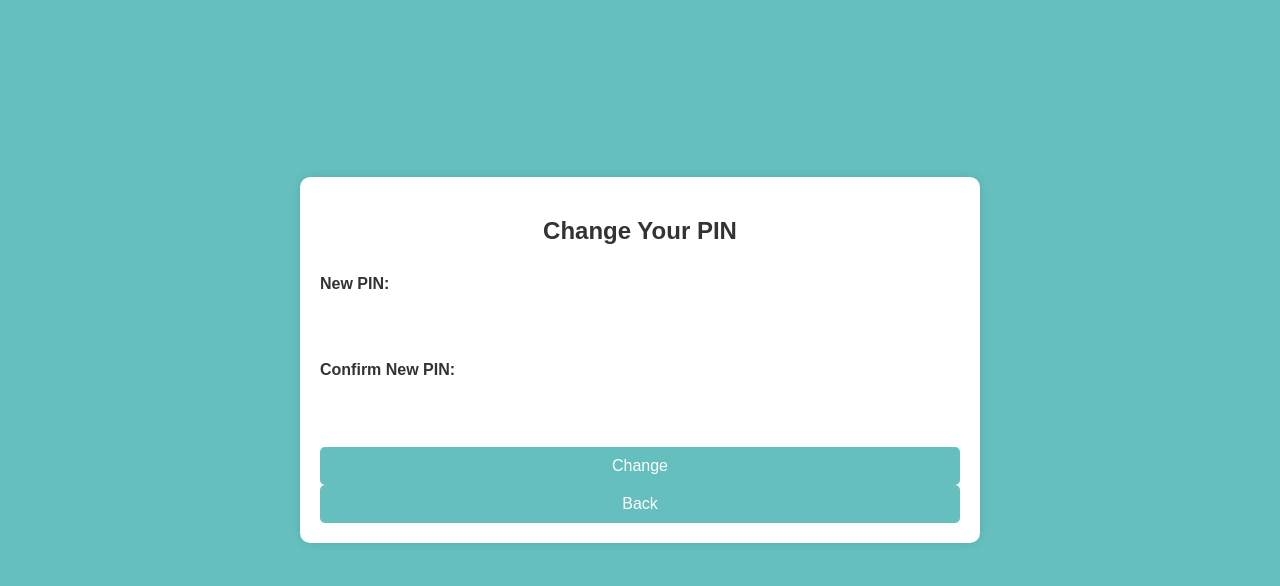
Repository: gauravraj08/bankingSystemJspServlet
Page: http://localhost/BankMangementSystem/pin.jsp
An editor plug-in stored every save of this project. The page is shown before and after the next save, followed by the edit.
The browser window is 1280 px wide. The pictures show the whole page.
The page is served by Tomcat 9. Other server files are loaded and not shown.

Above is the page before, as saved 2024-04-19 06:29:45.

### BankMangementSystem/src/main/webapp/pin.jsp
<%@ page language="java" contentType="text/html; charset=UTF-8" pageEncoding="UTF-8"%>
<!DOCTYPE html>
<html lang="en">
<head>
    <meta charset="UTF-8">
    <meta name="viewport" content="width=device-width, initial-scale=1.0">
    <title>Change PIN - Bank Management System</title>
    <style>
        body {
            background-color: #65BFBF;
            font-family: Arial, sans-serif;
            display: flex;
            justify-content: center;
            align-items: center;
            height: 100vh;
            margin: 0;
        }

        .container {
            width: 50%;
            padding: 20px;
            background-color: #fff;
            border-radius: 10px;
            box-shadow: 0 0 10px rgba(0, 0, 0, 0.1);
        }

        h2 {
            text-align: center;
            margin-bottom: 30px;
            color: #333;
        }

        label {
            display: block;
            margin-bottom: 10px;
            color: #333;
            font-weight: bold;
        }

        input[type="password"] {
            width: 100%;
            padding: 10px;
            margin-bottom: 20px;
            border: none;
            border-radius: 5px;
            background-color: #fff;
            color: #fff;
            font-size: 16px;
        }

        button {
            width: 100%;
            padding: 10px;
            border: none;
            border-radius: 5px;
            background-color: #65BFBF;
            color: #fff;
            font-size: 16px;
            cursor: pointer;
            transition: background-color 0.3s ease;
        }

        button:hover {
            background-color: #4D9F9F;
        }
    </style>
</head>
<body>
    <div class="container">
        <h2>Change Your PIN</h2>
        <form action="PinServlet" method="post">
            <label for="newPin">New PIN:</label>
            <input type="password" id="newPin" name="newPin" required>
            <label for="confirmPin">Confirm New PIN:</label>
            <input type="password" id="confirmPin" name="confirmPin" required>
            <button type="submit">Change</button>
        </form>
        <form action="MainClassServlet" method="get">
            <button type="submit">Back</button>
        </form>
    </div>
</body>
</html>

After the next save:
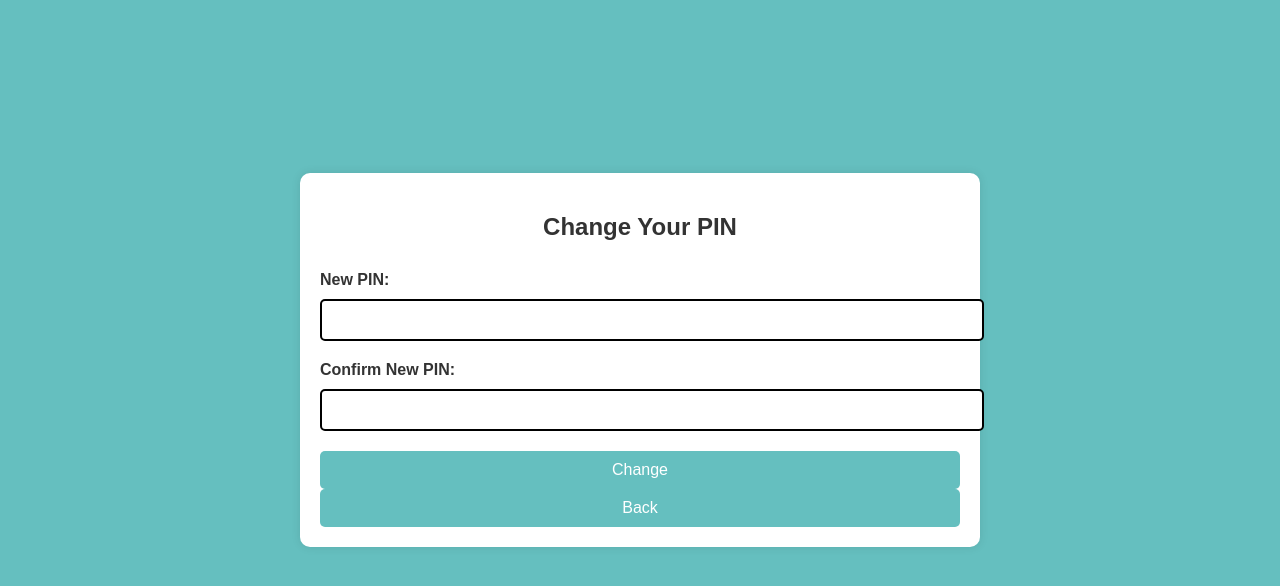
Saved 27 s later.
--- a/BankMangementSystem/src/main/webapp/pin.jsp
+++ b/BankMangementSystem/src/main/webapp/pin.jsp
@@ -41,7 +41,7 @@
             width: 100%;
             padding: 10px;
             margin-bottom: 20px;
-            border: none;
+            border: 2px solid black;
             border-radius: 5px;
             background-color: #fff;
             color: #fff;
